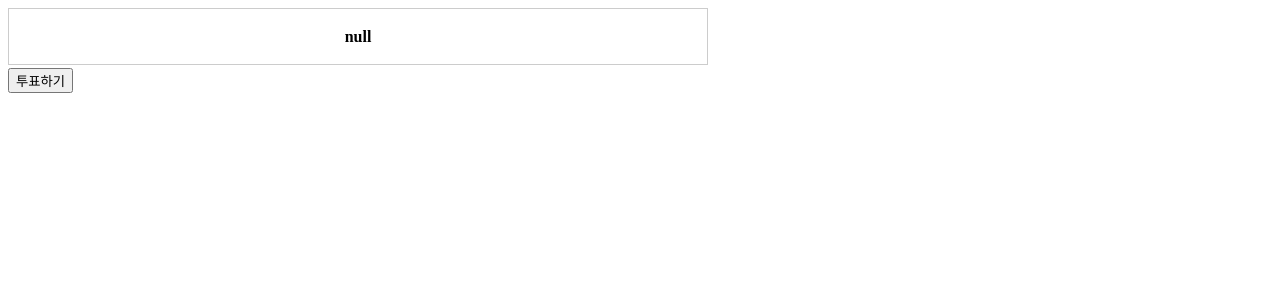
Repository: kgh2037/study
Page: http://localhost/project_servlet1/poll/pollResult.jsp
The author's editor kept a copy of each file at every save. The page is drawn from the files as they stood at one save, then again after the next save.
The browser window is 1280 px wide. The pictures show the whole page.
The page is served by Tomcat 9. Queries for data that is not in the repository find no rows.

Above is the page before, as saved 2023-07-10 06:40:54.
Console error: SyntaxError: Unexpected token '{'

After the next save:
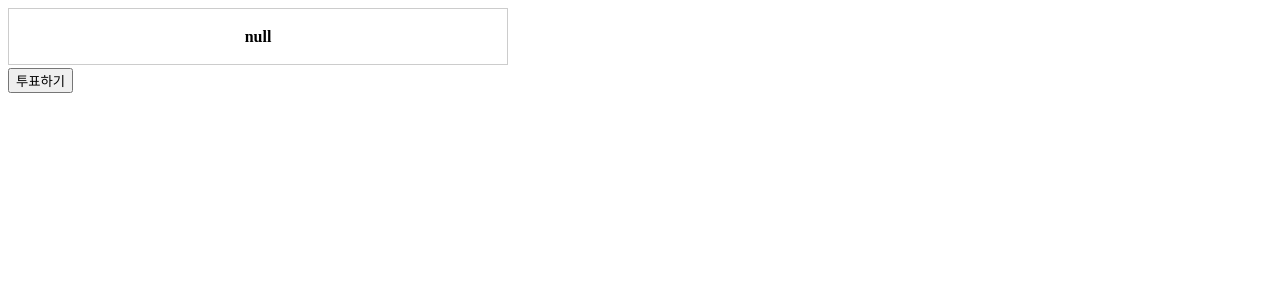
Saved 10 s later.
--- a/project_servlet1/src/main/webapp/poll/pollResult.jsp
+++ b/project_servlet1/src/main/webapp/poll/pollResult.jsp
@@ -42,7 +42,7 @@ body {
 	line-height : 2.0;
 }
 .table1 {
-	width : 700px;
+	width : 500px;
 	border : 1px solid #ccc;
 	border-collapse : collapse; /*cell간격*/
 }
